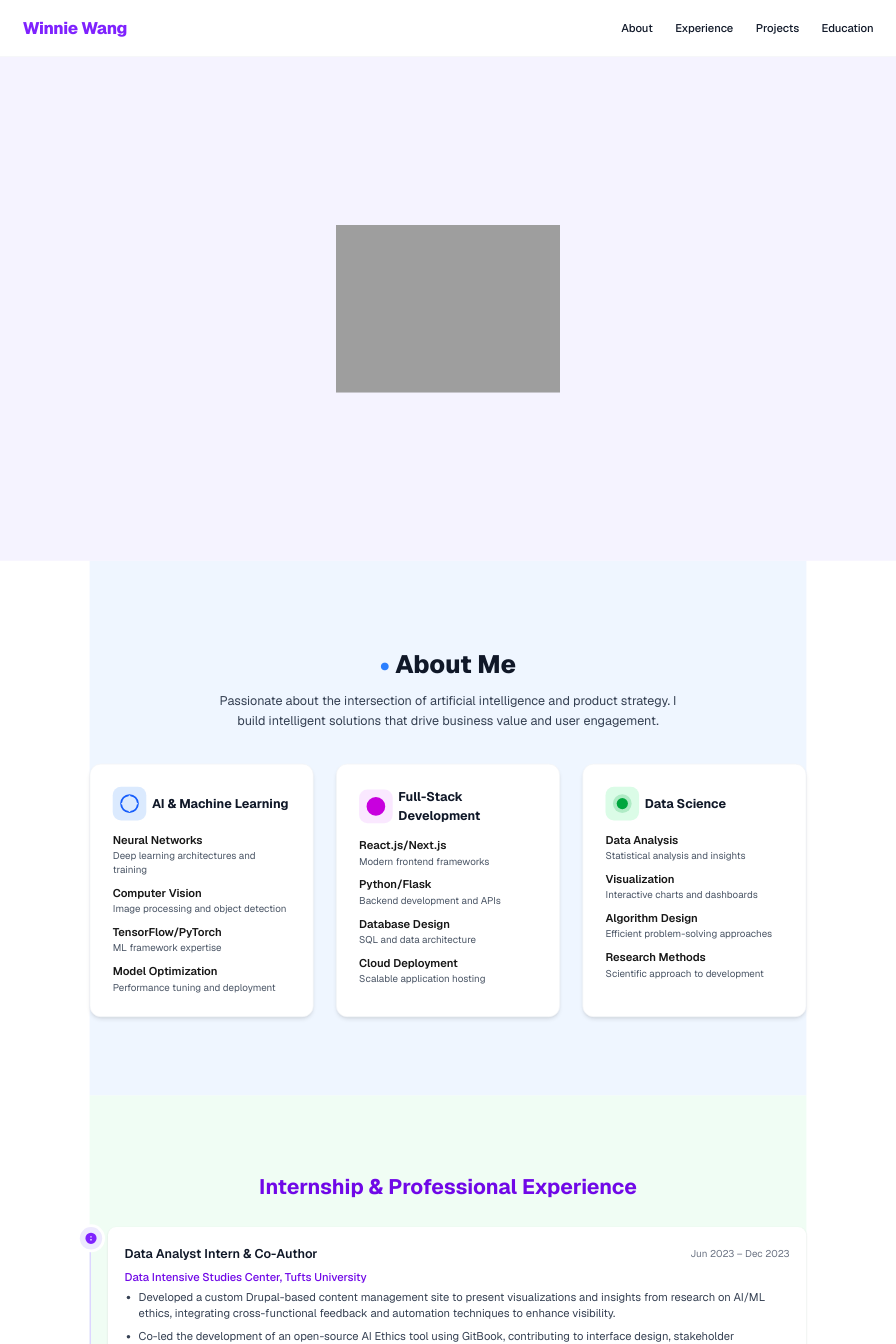
Repository: winniewyl/personal-portfolio
Page: /
These files come from the project's save history. The page is drawn as it stood at one moment and after the next save; the edit follows.
The browser window is 1280 px wide. The pictures show the part of the page from y = 0 to 1920 px (the page is 4197 px tall), at 70% of full size.
Pictures or frames that could not be fetched are drawn as grey boxes. The project was rebuilt for these pictures with package versions that can differ from the ones it lists, and the page was loaded fresh each time. The framework's server and built-in components were replaced by stand-ins that run in the browser. Also part of the build but not shown: next.config.ts.

Above is the page before, as saved 2025-07-29 15:16:46.

After the next save:
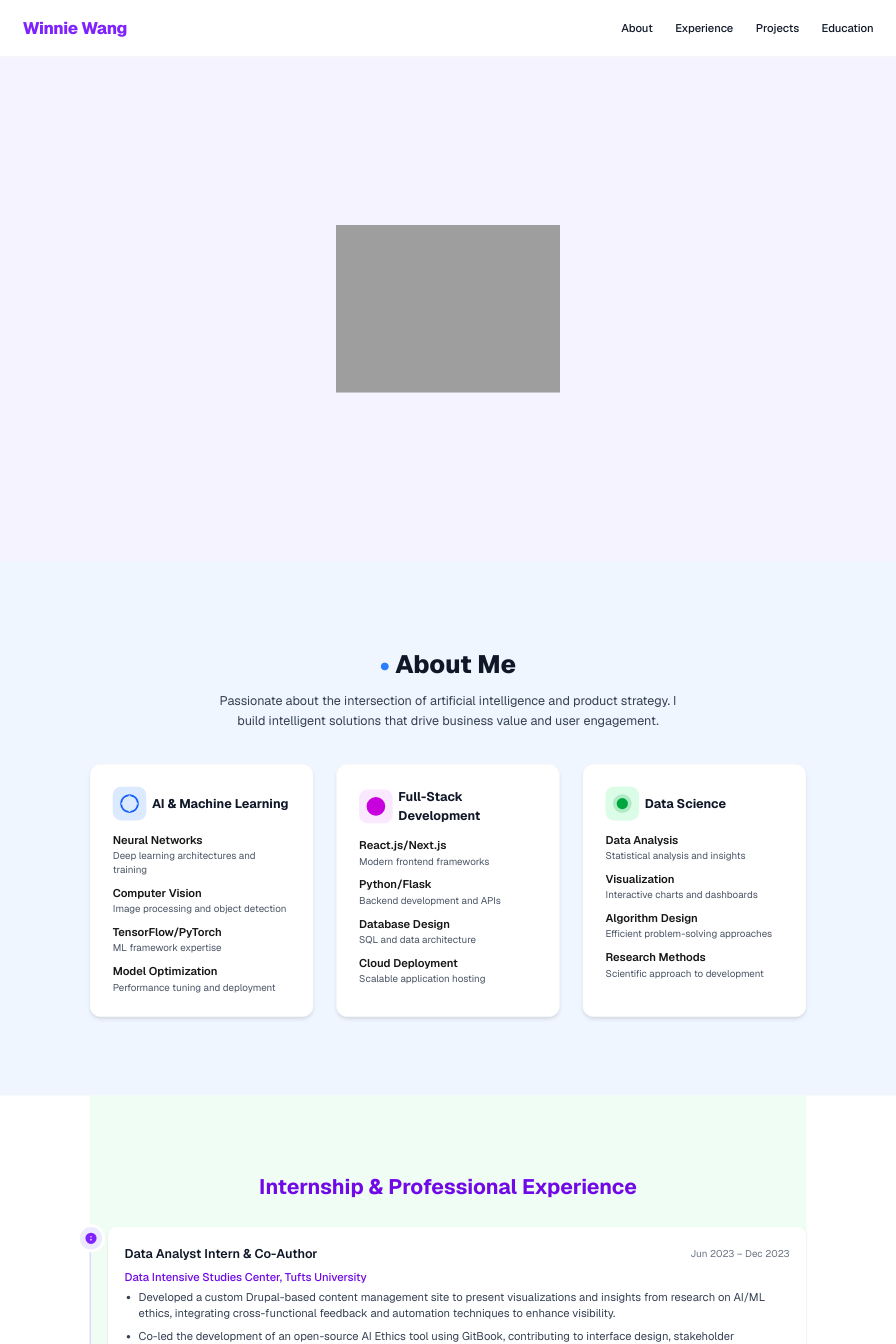
Saved 87 s later.
--- a/src/app/page.tsx
+++ b/src/app/page.tsx
@@ -103,9 +103,11 @@ export default function Home() {
         </section>
         <section
           id="about"
-          className="w-full flex flex-col items-center py-20 sm:py-28 max-w-5xl mx-auto scroll-mt-24 bg-blue-50 dark:bg-blue-900/20 min-h-screen"
+          className="w-full flex flex-col items-center py-20 sm:py-28 bg-blue-50 dark:bg-blue-900/20 min-h-screen"
         >
-          <About />
+          <div className="max-w-5xl mx-auto px-4 sm:px-0">
+            <About />
+          </div>
         </section>
         {/* Experience Section */}
         <section
